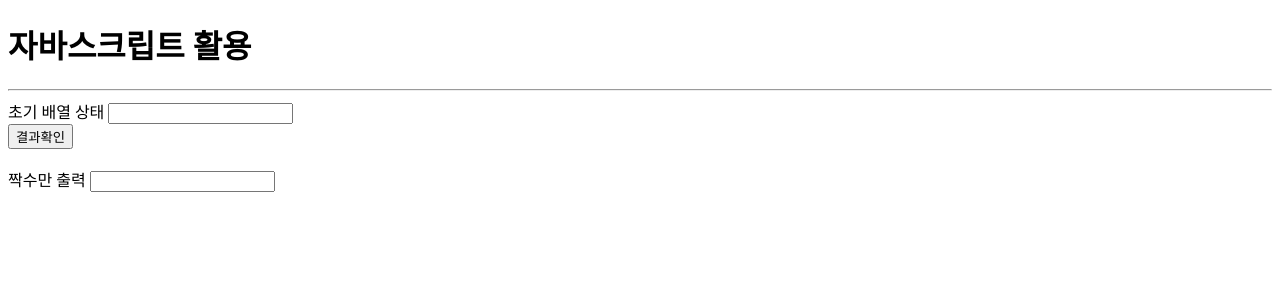
Repository: lolsoyeon/WebStudy
Page: WebApp03/WebContent/Test018_1.html
The author's editor kept a copy of each file at every save. The page is drawn from the files as they stood at one save, then again after the next save.
The browser window is 1280 px wide. The pictures show the whole page.

Above is the page before, as saved 2022-09-30 02:27:37.

After the next save:
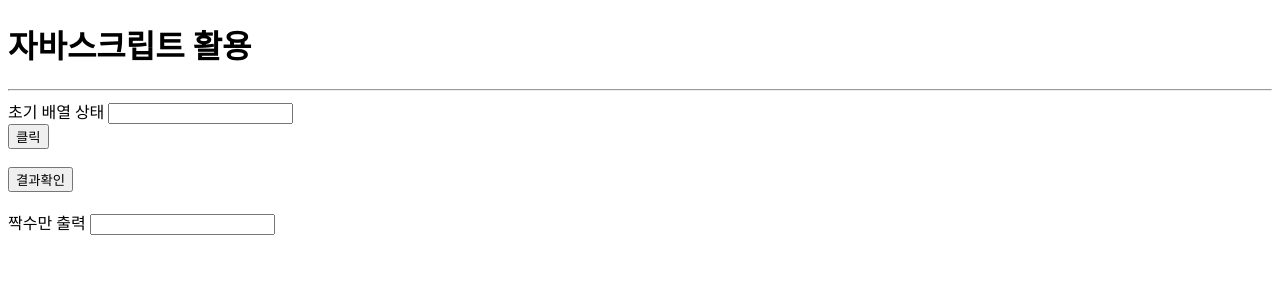
Saved 65 s later.
--- a/WebApp03/WebContent/Test018_1.html
+++ b/WebApp03/WebContent/Test018_1.html
@@ -62,6 +62,7 @@
 	<form>
 	초기 배열 상태 <input type="text" id="first" readonly="readonly"> <br>
 
+	<input type="button" id="arr" value="클릭" readonly="readonly" onclick="evenOut()"><br><br>
 	<input type="button" id="result" value="결과확인" readonly="readonly" onclick="evenOut()"><br><br>
 
 	짝수만 출력
